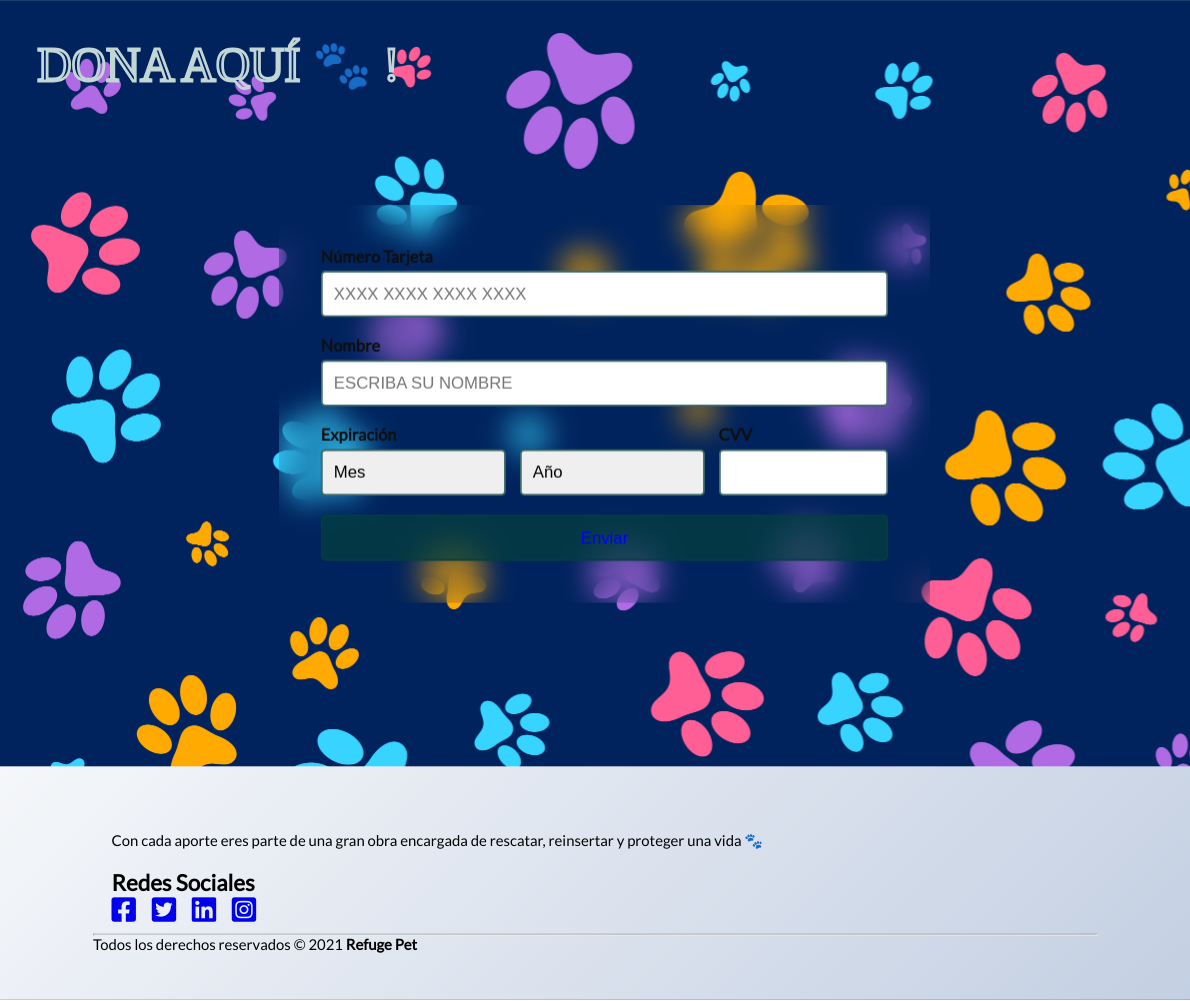
Repository: andreasvidal/SCL019-card-validation
Page: src/views/cardvalidation.html
An editor plug-in stored every save of this project. The page is shown before and after the next save, followed by the edit.
The browser window is 1280 px wide. The pictures show the whole page, at 93% of full size.
The pointer rests on the first visible `.btn-send`.
Some web fonts or font styles are not loaded; a fallback is used. Some web libraries are served in a nearby version.

Above is the page before, as saved 2022-04-13 09:47:35.

After the next save:
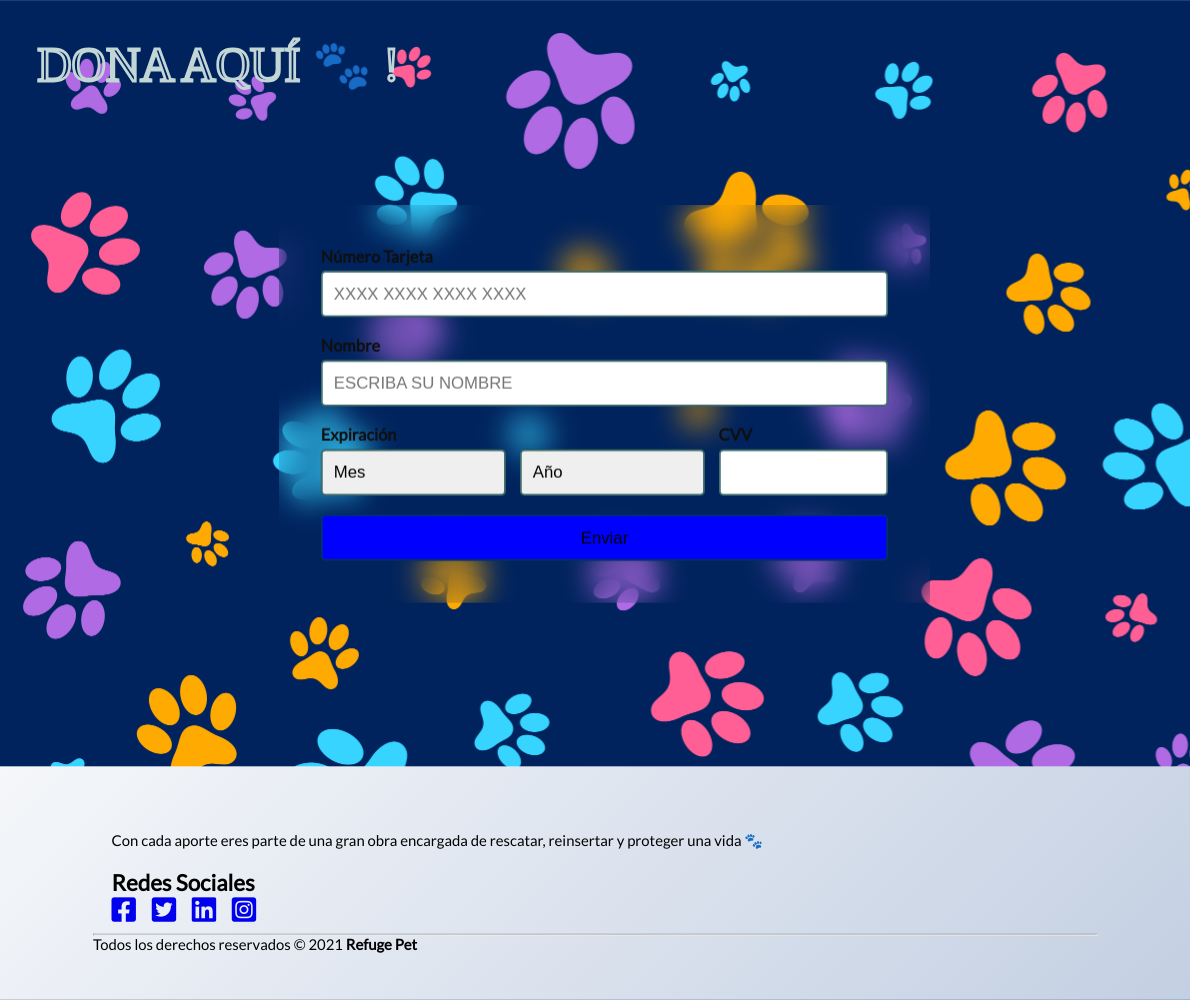
Saved 12 s later.
--- a/src/css/formstyle.css
+++ b/src/css/formstyle.css
@@ -98,7 +98,7 @@ body {
 }
 
 .btn-send:hover {
-    color: blue;
+    background-color: blue;
 }
 
 #print {
